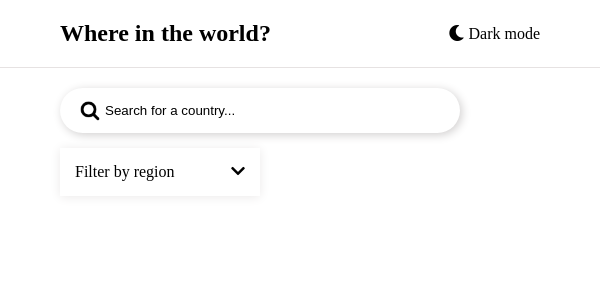
Repository: Eugene44-hub/countryProj
Page: index.html
These files come from the project's save history. The page is drawn as it stood at one moment and after the next save; the edit follows.
The browser window is 600 px wide. The pictures show the whole page.
The page's requests for data from a server got no answer.

Above is the page before, as saved 2021-10-10 21:07:04.

### index.html
<!DOCTYPE html>
<html lang="en">

<head>
    <link rel="stylesheet" href="css/all.css">
    <link rel="stylesheet" href="style.css">
    <meta charset="UTF-8">
    <meta http-equiv="X-UA-Compatible" content="IE=edge">
    <meta name="viewport" content="width=device-width, initial-scale=1.0">
    <title>Document</title>
</head>
<div class="header-container">
    <header>
        <h2>Where in the world?</h2>
        <div class="mode"><i class="fas fa-moon"></i> Dark mode</div>
    </header>

</div>

<body>
    <div class="container">
        <div class="search-filter">
            <label for="search">
                     <input type="text" placeholder="Search for a country..." id="search">
            </label>



            <div class="select">
                <div class="default-text">Filter by region <i class="fas fa-chevron-down"></i>
                </div>
                <ul>
                    <li id="asia">Asia</li>
                    <li id='europe'>Europe</li>
                    <li id="africa">Africa</li>
                    <li id="oceania">Oceania</li>
                    <li id="america">America</li>
                </ul>
            </div>

        </div>
        <div class="country-container">

            <div class="countries">


            </div>
        </div>
    </div>

</body>

<script src="data.js"></script>
<script src="app.js"></script>
<script src="UI.js"></script>

</html>

### style.css
* {
    padding: 0;
    margin: 0;
    box-sizing: border-box;
}

.container {
    width: 80%;
    margin: auto;
}

.countries {
    display: flex;
    flex-wrap: wrap;
    justify-content: space-between;
    margin: auto;
}

img {
    width: 100%;
    height: 150px;
    border-bottom-left-radius: 0px;
    border-bottom-right-radius: 0px;
    border-top-right-radius: 5px;
    border-top-left-radius: 5px;
}

.country {
    width: 265px;
    margin: 20px 0;
    border-radius: 10px;
}

.about-country {
    padding: 0px 20px;
    line-height: 2;
    margin-bottom: 20px;
}

h3 {
    font-size: small
}

.country {
    box-shadow: 2px 4px 15px rgb(235, 235, 235), -2px 0px 15px rgb(235, 235, 235);
}

#name {
    font-weight: bold;
    line-height: 5;
    font-size: 16px
}

span {
    font-weight: bold;
}

#population,
#region,
#capital {
    font-size: 14px;
}

header {
    display: flex;
    justify-content: space-between;
    width: 80%;
    margin: 20px auto;
    align-items: center;
}

.header-container {
    border-bottom: 1px solid rgb(230, 226, 226);
}

input {
    padding: 15px;
    width: 300px;
    border-radius: 50px;
}

.search-filter {
    display: flex;
    flex-wrap: wrap;
    flex: 100%;
    justify-content: space-between;
    margin: 20px 0;
}

ul {
    list-style: none;
    position: absolute;
    background-color: white;
    box-shadow: 1px 4px 10px rgb(184, 178, 178);
    display: none;
    margin: 0 0;
    border-radius: 0 0px 5px 5px;
}

@keyframes margin {
    from {
        margin: 0;
        opacity: 0;
    }
    to {
        margin: 10px 0;
        opacity: 1;
    }
}

.select:hover ul {
    display: block;
    cursor: pointer;
    animation: margin .2s;
    margin: 1px 0;
}

li:hover {
    background-color: rgb(111, 111, 247);
    color: white;
    transition: all .5s;
}

.select {
    right: 0;
    background-color: white;
    box-shadow: 0px 1px 10px rgb(235, 233, 233);
}

label[for=filter] {
    position: relative;
}

li,
.default-text {
    padding: 15px;
    position: relative;
    cursor: pointer;
    width: 200px;
}

.fa-chevron-down {
    float: right;
}

::placeholder {
    color: black;
    padding-left: 30px;
}

#search {
    background-image: url('search\ icon.png');
    background-size: 20px;
    background-repeat: no-repeat;
    background-position-y: center;
    background-position-x: 20px;
    border: none;
    outline: none;
    box-shadow: 2px 2px 10px rgb(209, 207, 207);
    width: 400px;
}

#search:focus {
    background-image: none;
}

@media screen and (max-width:720px) {
    .countries {
        justify-content: center;
    }
    .select {
        margin: 15px 0;
    }
    .header {
        width: 90%;
    }
}


/*

#europe {
    line-height: 6;
}

#africa {
    line-height: 11;
}

#oceania {
    line-height: 16;
}

#america {
    line-height: 21;
} */


/* # Front-end Style Guide

## Layout

The designs were created to the following widths:

- Mobile: 375px
- Desktop: 1440px

## Colors

### Neutral

- Dark Blue (Dark Mode Elements): hsl(209, 23%, 22%)
- Very Dark Blue (Dark Mode Background): hsl(207, 26%, 17%)
- Very Dark Blue (Light Mode Text): hsl(200, 15%, 8%)
- Dark Gray (Light Mode Input): hsl(0, 0%, 52%)
- Very Light Gray (Light Mode Background): hsl(0, 0%, 98%)
- White (Dark Mode Text & Light Mode Elements): hsl(0, 0%, 100%)

## Typography

### Body Copy

- Homepage Items: 14px
- Detail Page: 16px

### Fonts

- Family: [Nunito Sans](https://fonts.google.com/specimen/Nunito+Sans)
- Weights: 300, 600, 800

## Icons

For the icons, you can use a font icon library. Don't worry if the icons that you choose don't look exactly like they do on the design.

Some suggestions can be found below:

- [Font Awesome](https://fontawesome.com)
- [IcoMoon](https://icomoon.io)
- [Ionicons](https://ionicons.com) */


/*
com) - [IcoMoon](https: //icomoon.io)
- [Ionicons](https: //ionicons.com) */

### data.js
const url = 'https://restcountries.com/v3.1/all';

class Country {
    getCountries = async function() {
        const response = await fetch(url);
        const data = await response.json();

        return {
            data
        }
    }
}

### app.js
const country = new Country;
const search = document.querySelector('#search');
country.getCountries()
    .then(data => {
        const ui = new UI(data.data)
        ui.display();
        console.log(data.data[1].name.common)

    })

search.addEventListener('input', e => {
    UI.searchDisplay(search)
    console.log(search)
})

### UI.js
class UI {
    constructor(country) {
        this.country = country;
    }

    display() {
        let countries = document.querySelector('.countries');
        let output = '';
        let zero = 0;
        for (let i = 0; i < this.country.length; i++) {


            if (this.country[i].capital === undefined) {
                output += `
              <div class="country">
              <div class="image">
             <img src=${this.country[i].flags.png}>
              </div>
              <div class="about-country">
              <p id=name>${this.country[i].name.common}</p>
              <p id="population">Population: ${this.country[i].population}</p>
                  <p id="region">Region: ${this.country[i].region}</p>
                  <p id="capital">Capital: No capital</p>
              </div>
          </div>`
            } else {
                output += `
              <div class="country">
              <div class="image">
             <img src=${this.country[i].flags.png}>
              </div>
              <div class="about-country">
              <p id=name>${this.country[i].name.common}</p>
                  <p id="population"><span>Population</span>: ${this.country[i].population}</p>

                  <p id="region"><span>Region</span>: ${this.country[i].region}</p>

                  <p id="capital"><span>Capital</span>: ${this.country[i].capital[0]}</p>
              </div>
          </div>`
            }
        }
        countries.innerHTML = output
    }
    static searchDisplay(input) {
        if (input.value !== '') {
            input.style.backgroundImage = 'none';
        } else {
            input.style.backgroundImage = `url('search\ icon.png')`;
        }
    }
}



/*  */

Loaded but not shown: css/all.css (library)

After the next save:
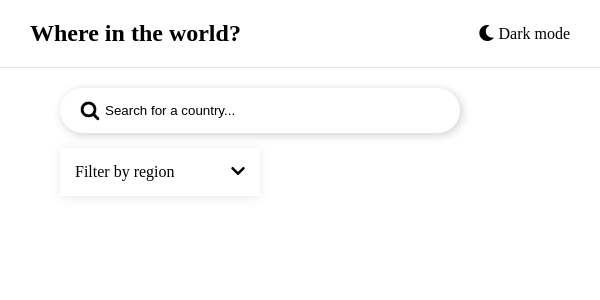
Saved 12 s later.
--- a/style.css
+++ b/style.css
@@ -171,7 +171,7 @@ li,
     .select {
         margin: 15px 0;
     }
-    .header {
+    header {
         width: 90%;
     }
 }
